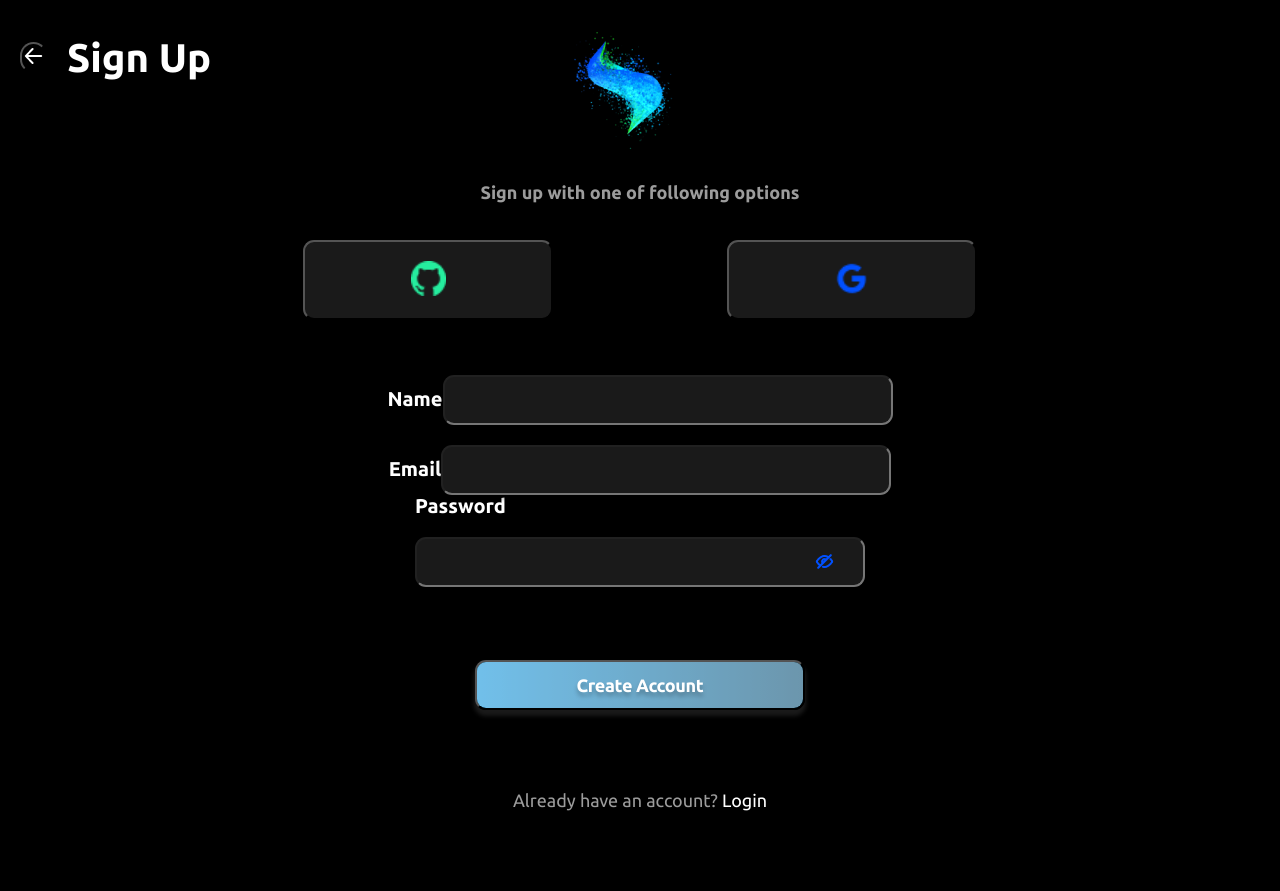
Repository: Cherced/QuanticFilms
Page: /signUp
These files come from the project's save history. The page is drawn as it stood at one moment and after the next save; the edit follows.
The browser window is 1280 px wide. The pictures show the whole page.
The project was rebuilt for these pictures with package versions that can differ from the ones it lists, and the page was loaded fresh each time. The framework's server and built-in components were replaced by stand-ins that run in the browser.

Above is the page before, as saved 2022-06-10 12:08:24.

### pages/_app.js
import '../sass/global.scss'
import {SessionProvider} from 'next-auth/react'



function MyApp({ Component, pageProps }) {
  return <SessionProvider>
            <Component {...pageProps} />
        </SessionProvider>
  }

export default MyApp

### pages/signUp.jsx
import React from 'react'
import {useRouter} from 'next/router'
import { ButtonColors } from '../components/atoms/ButtonColors'
import { HeaderFloat } from '../components/atoms/HeaderFloat'
import {ButtonsAccesBySM} from '../components/molecules/ButtonsAccesBySM'
import { SignUpForm } from '../components/molecules/SignUpForm'


const SignUp = () => {
  const router = useRouter()
  return (
    <div className="signUpContainer">
        <HeaderFloat src={"/images/arrow-left.png"} path={"login"} HeaderClass="headerText" HeaderNavClass="headerNavText" titleHeader="Sign Up"/>
        <p className="parragaphAccount">Sign up with one of following options</p>
        <ButtonsAccesBySM path={""} img1={"/images/mac.png"} img2={"/images/google.png"} alt="mediaLink" />
        <SignUpForm />
        <div className="principalButtonSignUp">
        <ButtonColors path={"/customization"} title="Create Account" />
        <p className="parragaphAccountSignUp">Already have an account? <a onClick={() => router.push("login")}>Login</a></p>
        </div>
    </div>
  )
}

export default SignUp

### sass/global.scss
@import "./vars";
@import "./components";
@import "./pages/start";
@import "./pages/login";
@import "./pages/signUp";
@import "./pages/costumization";
@import "./pages/home";
@import "./pages/account";

### components/atoms/ButtonColors.jsx
import React from 'react'
import { useRouter } from 'next/router'

export const ButtonColors = (props) => {
    const router = useRouter()
  return (
    <button onClick={() => router.push(`/${props.path}`)}>{props.title}</button>
  )
}

### components/atoms/HeaderFloat.jsx
import React from 'react'
import { useRouter } from 'next/router'

export const HeaderFloat = (props) => {
    const router = useRouter()
  return (
    <header className={props.HeaderClass}>
        <nav  className={props.HeaderNavClass}>
            <button onClick={() => router.push(`/${props.path}`)}>
                <img src={props.src} alt="BrandLogo"/>
            </button>
        </nav>
        <h1>{props.titleHeader}</h1>
        <div className="BrandIcon">
        <img src="/images/brandLogoHeader.png" alt="BrandLogo"/>
        </div>
    </header>
  )
}

### components/molecules/ButtonsAccesBySM.jsx
import React from 'react'
import { ButtonAccount } from '../atoms/ButtonAccount'

export const ButtonsAccesBySM = (props) => {
  return (
    <div className="buttonsAccesBySM">
        <ButtonAccount path={props.pathG} img={props.img1} alt={props.alt} />
        <ButtonAccount path={props.pathGO} img={props.img2} alt={props.alt} />
    </div>
  )
}

### components/molecules/SignUpForm.jsx
import React from 'react'
import { InputBasicAccont } from '../atoms/InputBasicAccont'

export const SignUpForm = () => {
  return (
    <div className="formContainer">
        <InputBasicAccont titleForm="Name" placeholder="Enter your name" password={false} />
        <InputBasicAccont titleForm="Email" placeholder="Enter your email" password={false} />
        <InputBasicAccont titleForm="Password" placeholder="Enter your password" password={true} />
    </div>
  )
}

### sass/_vars.scss
@import url('https://fonts.googleapis.com/css2?family=Ubuntu:ital,wght@0,300;0,400;0,500;0,700;1,300;1,400;1,500;1,700&display=swap');

$FontTitle: 'Ubuntu', sans-serif;

*{
    margin: 0;
    padding: 0;
    box-sizing: border-box;
}

body{
    background: black;
}
// forms Position
.formContainer{
    margin-top: 25px;
    width: 100%;
    display: flex;
    flex-direction: column;
    align-items: center;

}

//pruebas::after

.pruebas{
    min-width: 100vw;
    min-height: 100vh;
    box-sizing: border-box;
    margin: auto;
    padding: 0px;
    display: flex;
    justify-content: center;
    align-items: center;
    flex-direction: column;
}

### sass/_components.scss
@import "./mixxins";
@import "./components/headerFloat";
@import "./components/buttonsAccesBySM";
@import "./components/inputBasicAccount";
@import "./components/welcomeAnimation";
@import "./components/FilterSearch";
@import "./components/buttonAddCategory";
@import "./components/sliderInfinite";
@import "./components/sliderSmallCase";
@import "./components/filterByOptions";
@import "./components/progressBar";
@import "./components/userInfo";
@import "./components/logOut";
@import "./components/footer";

### sass/_mixxins.scss
@mixin ButtonColors {
    button {
        width: 330px;
        height: 50px;
        background: linear-gradient(270deg, #000000, #15adff, #25ed9e, #313a35, #000000);
        background-size: 1000% 1000%;
        -webkit-animation: AnimationName 10s ease infinite;
        -moz-animation: AnimationName 10s ease infinite;
        animation: AnimationName 10s ease infinite;
        box-shadow: 0px 5px 4px 1px #1A1A1A, inset 0px 4px 4px 629px rgba(255, 255, 255, 0.4);
        border-radius: 11px;
        color: whitesmoke;
        font-family: $FontTitle;
        font-style: normal;
        font-weight: 700;
        font-size: 18px;
        line-height: 21px;
        letter-spacing: -0.02em;
        color: #FFFFFF;
        text-shadow: 0px 4px 4px rgba(0, 0, 0, 0.25);
    }

    @media screen and (max-width: 320px) {
        button {
            width: 280px;
        }
    }

    @media screen and (max-width: 320px) and (max-height: 372px) {
        button {
            width: 280px;
        }
    }

    @-webkit-keyframes AnimationName {
        0% {
            background-position: 0% 50%
        }

        50% {
            background-position: 100% 50%
        }

        100% {
            background-position: 0% 50%
        }
    }

    @-moz-keyframes AnimationName {
        0% {
            background-position: 0% 50%
        }

        50% {
            background-position: 100% 50%
        }

        100% {
            background-position: 0% 50%
        }
    }

    @keyframes AnimationName {
        0% {
            background-position: 0% 50%
        }

        50% {
            background-position: 100% 50%
        }

        100% {
            background-position: 0% 50%
        }
    }
}

### sass/components/_headerFloat.scss
.headerText {
    display: flex;
    align-items: center;
    height: 95px;
    padding: 20px 0 0 0;

    .headerNavText {
        margin: 0 20px;

        button {
            background-color: transparent;
            border-radius: 50px;
        }
    }

    h1 {
        font-family: 'Ubuntu';
        font-style: normal;
        font-weight: 700;
        font-size: 24px;
        line-height: 28px;
        /* identical to box height */


        color: #FFFFFF;

    }

    .BrandIcon {
        position: absolute;
        top: 10px;
        left: 226px;
        z-index: 1;
    }
}

.headerJustBack {
    display: flex;
    align-items: center;
    height: 55px;
    padding: 20px 0 0 0;

    .headerNavText {
        margin: 0 20px;

        button {
            background-color: transparent;
            border-radius: 50px;
        }
    }

    .BrandIcon {
        display: none;
    }
}

@media screen and (min-width: 375px) {
    .headerText {
        .BrandIcon {
            left: 210px;
        }
    }
}

### sass/components/_buttonsAccesBySM.scss
.buttonsAccesBySM {
    width: 100%;
    margin-top: 40px;
    display: flex;
    justify-content: space-evenly;

    button {
        width: 160px;
        height: 60px;
        background: rgba(255, 255, 255, 0.1);
        box-shadow: 0px 4px 4px rgba(0, 0, 0, 0.25);
        backdrop-filter: blur(4px);
        border-radius: 11px;
    }
}

@media screen and (max-width: 320px) {
    .buttonsAccesBySM {
        margin-top: 30px;
        justify-content: space-evenly;
        button {
            width: 140px;
        }
    }
}


@media screen and (min-width: 414px) {
    .buttonsAccesBySM {
        margin-top: 50px;
        justify-content: space-evenly;
        button {
            width: 180px;
            height: 70px;
            img{
                width: 30px;
            }
        }
    }
}


@media screen and (min-width: 768px) {
    .buttonsAccesBySM {
        margin-top: 80px;
        justify-content: space-evenly;
        button {
            width: 340px;
            height: 90px;
            img{
                width: 35px;
            }
        }
    }
}


@media screen and (min-width: 1024px) {
    .buttonsAccesBySM {
        margin-top: 40px;
        justify-content: space-evenly;
        width: 600px;
        button {
            width: 250px;
            height: 80px;
            img{
                width: 35px;
            }
        }
    }
}

### sass/components/_inputBasicAccount.scss
.inputBasicAccont {
    label {
        font-family: 'Ubuntu';
        font-style: normal;
        font-weight: 700;
        font-size: 18px;
        line-height: 21px;
        color: #FFFFFF;
        margin-top: 10px;
    }

    input {
        width: 330px;
        height: 40px;
        font-family: 'Ubuntu';
        font-style: normal;
        font-weight: 400;
        font-size: 14px;
        line-height: 16px;
        color: #FFFFFF;
        background: rgba(255, 255, 255, 0.1);
        box-shadow: 0px 4px 4px rgba(0, 0, 0, 0.25);
        backdrop-filter: blur(4px);
        border-radius: 11px;
        margin-top: 20px;
        padding-left: 15px;
    }

    .passwordInput {
        width: 330px;

        img {
            position: relative;
            right: -290px;
            top: -30px
        }

        input {
            width: 330px;
            height: 40px;
            font-family: 'Ubuntu';
            font-style: normal;
            font-weight: 400;
            font-size: 14px;
            line-height: 16px;
            color: #FFFFFF;
            background: rgba(255, 255, 255, 0.1);
            box-shadow: 0px 4px 4px rgba(0, 0, 0, 0.25);
            backdrop-filter: blur(4px);
            border-radius: 11px;
            margin-top: 20px;
            padding-left: 15px;
        }
    }
}

@media screen and (max-width: 320px) {
    .inputBasicAccont {
        input {
            width: 280px;
        }

        .passwordInput {
            width: 280px;

            img {
                position: relative;
                right: -245px;
                top: -30px
            }

            input {
                width: 280px;
            }
        }
    }

}


@media screen and (min-width: 414px) {
    .inputBasicAccont {
        input {
            width: 350px;
        }

        .passwordInput {
            width: 350px;

            img {
                position: relative;
                right: -310px;
                top: -30px
            }

            input {
                width: 350px;
            }
        }
    }

}


@media screen and (min-width: 768px) {
    .inputBasicAccont {
        label {
            margin-top: 20px;
            font-size: 20px;
        }

        input {
            width: 450px;
            height: 50px;
            font-size: 16px;
        }

        .passwordInput {
            width: 450px;

            img {
                position: relative;
                right: -400px;
                top: -35px
            }

            input {
                width: 450px;
                height: 50px;
                font-size: 16px;
            }
        }
    }
}

### sass/components/_FilterSearch.scss
.FilterSearch {
    width: 280px;
    height: 45px;
    box-shadow: 0px 4px 4px rgba(0, 0, 0, 0.25), 0px 4px 4px rgba(255, 255, 255, 0.25);
    border-radius: 18px;
    animation: shadownText 3s ease-in-out infinite;
    input {
        padding-left: 50px;
        width: 100%;
        height: 45px;
        background: #1A1A1A;
        box-shadow: 0px 4px 4px rgba(0, 0, 0, 0.25);
        backdrop-filter: blur(4px);
        border-radius: 22px;
        color: #FFFFFF;
    }

    button {
        width: 35px;
        height: 35px;
        position: relative;
        top: -40px;
        left: 10px;
        border-radius: 46px;

        img {
            background: #1A1A1A;
            width: 100%;
            height: 100%;
            border-radius: 20px;
        }

    }
}
@media screen and (min-width: 375px) {
    .FilterSearch{
        width: 300px;
    }

}


@media screen and (min-width: 768px) {
    .FilterSearch{
        width: 450px;
    }
}

### sass/components/_buttonAddCategory.scss
.PopularCategoriesContainer {
    width: 95%;
    height: auto;
    display: flex;
    flex-direction: row;
    flex-wrap: wrap;
    justify-content: space-evenly;

    .ButtonAddCategorie {
        display: flex;
        justify-content: space-evenly;
        align-items: center;
        width: auto;
        height: auto;
        background: #1A1A1A;
        box-shadow: 0px 4px 4px rgb(0 0 0 / 25%);
        border-radius: 30px;
        font-family: "Ubuntu", sans-serif;
        font-style: normal;
        font-weight: 500;
        font-size: 17px;
        line-height: 18px;
        text-align: center;
        letter-spacing: -0.165px;
        color: #FFFFFF;
        margin: 15px 0;
        padding: 5px;
        box-shadow: 0px 4px 4px rgba(0, 0, 0, 0.25), 0px 4px 4px rgba(255, 255, 255, 0.35);
        border-radius: 18px;
        animation: shadownText 10s ease-in-out infinite;
        img {
            padding-left: 20px;
        }

    }
}
@media screen and (min-width: 375px){
    .PopularCategoriesContainer{
        margin-top: 30px;
    }
}

@media screen and (min-width: 414px){
    .PopularCategoriesContainer{
        margin-top: 50px;
    }
}

### sass/components/_sliderInfinite.scss
.sliderInfiniteMoviesContainer {
    margin: 50px 0;
    width: 100%;
    max-width: 400px;
    overflow: hidden;

    .sliderContent {
        display: flex;
        width: 2000%;
        height: 400px;
        margin-left: -100%;
        .sliderContentItem__image {
            width: 100%;
            background: transparent;
            border: none;
            .sliderImg {
                display: block;
                width: 100%;
                height: 100%;
                object-fit: contain;
                border-radius: 200px;
            }
        }
    }

    .slider--BTN {
        position: relative;
        width: 40px;
        height: 40px;
        background: rgba(255, 255, 255, 0.7);
        top: 20px;
        transform: translateY(-50%);
        border-radius: 50%;
        cursor: pointer;
        z-index: 1;
        font-size: 30px;
        font-weight: bold;
        font-family: 'Ubuntu';
    }

    .slider--BTN:hover {
        background: rgba(255, 255, 255, 0.9);
    }

    .btn--lf {
        left: 50px;
    }

    .btn--rg {
        left: 250px;
    }
}

### sass/components/_filterByOptions.scss
.filterByOptionsContainer {
    width: 90%;
    display: flex;
    margin: 30px 0;


    .switchByOptions {
        background: transparent;
        border-radius: 50px;
        width: 32px;
        height: 32px;
        margin-left: 47%;
        transition: all 1.3s ease;
    }

    .filterSelectsThree {
        width: 0;
        display: flex;
        flex-direction: row;
        opacity: 0;
        justify-content: space-between;
        transition: 1s ease;
        .optionFilter {
            width: auto;
            height: 30px;
            padding: 0 8px;

            select {
                padding: 5px;
                border-radius: 30px;
                border: 1px solid transparent;
                width: 100%;
                height: 100%;
                color: #FFFFFF;
                background: #1A1A1A;
                box-shadow: 0px 4px 4px rgba(0, 0, 0, 0.25);
                animation: shadownText 5s ease-in-out infinite;
                background: #1A1A1A;
                box-shadow: 0px 4px 4px rgba(0, 0, 0, 0.25), inset 0px 4px 4px rgba(0, 0, 0, 0.25);
            }
        }

    }
}

### sass/components/_progressBar.scss

.container-bar {
	flex-direction: column;
	display: flex;
	align-items: center;
	justify-content: center;

}

.progress {
	background-color: rgba(37, 40, 54, 0.8);
	border-radius: 20px;
	position: relative;
	height: 43px;
	width: 308px;
    padding: 6px 8px 0 8px;
}

.progress-bar {
	background:#E7E1E1;
	border-radius: 20px;
	height: 30px;
	width: 0;
	transition: 1s ease 0.3s;
}

### sass/components/_userInfo.scss
.accountContent {
    padding: 0;
    margin: 0;
    width: 100%;
    height: 100%;
    margin-top: 20px;

    .userAvatar {
        display: flex;
        flex-direction: column;
        align-items: center;
        justify-content: center;

        img {
            width: 250px;
            height: 250px;
            border-radius: 50%;
            margin-bottom: 20px;
            object-fit: cover;
            box-shadow: 0px 5px 4px 1px #1A1A1A, inset 0px 4px 4px 629px rgba(255, 255, 255, 0.4);
        }

        h1 {
            color: #FFFFFF;
            font-family: 'Ubuntu';
            animation: shadownText 3s ease-in-out infinite;
        }

    }
}

### sass/components/_logOut.scss
.logOut{
    display: flex;
    flex-direction: row;
    align-items: center;
    justify-content: center;
    width: 300px;
    height: 100px;
    h1{
        margin-bottom: 30px;
        color: #FFFFFF;
        font-family: 'Ubuntu';
        animation: shadownText 3s ease-in-out infinite;
    }
    img{
        padding: 10px;
    }
}

### sass/components/_footer.scss
.footerContainer{
    margin-top: 35px;
    width: 100%;
    height: 70px;
    border-radius: 50px 50px 0 0;
    background-color: #1A1A1A;
    display: flex;
    justify-content: space-evenly;
    align-items: center;
    button{
        width: 40px;
        height: 40px;
        background-color: #1A1A1A;
        border-radius: 50%;
    }
}

### sass/pages/_home.scss
.homeContainer {
    display: flex;
    flex-direction: column;
    align-items: center;
    justify-content: space-evenly;
    min-height: 100vh;
    width: 100%;

    .headerHome{
        width: 100%;
        height: 120px;
        display: flex;
        align-items: center;
        justify-content: center;
        background-color: #1A1A1A;
        border-radius: 0 0 50px 50px;
        margin-bottom: 50px;
        animation: shadownText 3s ease-in-out infinite;
        .BRANDLOGO {
            z-index: 2;
            width: 120px;
            height: 120px;
        }

    }

}

### sass/pages/_account.scss
.accountContainer {
    min-height: 100vh;
    width: 100%;
    display: flex;
    flex-direction: column;
    align-items: center;
    justify-content: flex-start;

    .userOptions {
        display: flex;
        flex-direction: column;
        align-items: center;
        justify-content: center;
        @include ButtonColors;
        margin-top: 20px;

        :nth-child(2) {
            margin-top: 20px;
        }

        .container-bar {
            font-family: 'Ubuntu';
            font-style: normal;
            font-weight: 300;
            font-size: 15px;
            line-height: 18px;
            color: #FFFFFF;
            margin-top: 20px;

            p {
                margin-bottom: 5px;
            }

        }

        animation: shadownText 3s ease-in-out infinite;
    }

}

### components/atoms/ButtonAccount.jsx
import React from 'react'
import { useRouter } from 'next/router'

export const ButtonAccount = (props) => {
    const router = useRouter()
  return (
    <button onClick={props.path} > <img src={props.img} alt={props.alt} /></button>
  )
}

### components/atoms/InputBasicAccont.jsx
import React from 'react'

export const InputBasicAccont = (props) => {
  return (
    <div className="inputBasicAccont">
        <label>{props.titleForm}</label>
        {

        props.password ?
        (
        <div className="passwordInput">
        <input type={props.type} name={props.name} autoComplete={props.autoComplete} />
        <img src="/images/checkedPassword.png" alt="icon-check"/>
        </div>
        ) :
        (
        <input type={props.type} name={props.name} autoComplete={props.autoComplete}  />
        )
        }
    </div>
  )
}

Loaded but not shown: sass/components/_welcomeAnimation.scss (782 lines, source omitted); sass/pages/_signUp.scss (511 lines, source omitted); sass/pages/_login.scss (293 lines, source omitted); sass/pages/_start.scss (196 lines, source omitted); sass/components/_sliderSmallCase.scss (158 lines, source omitted); sass/pages/_costumization.scss (147 lines, source omitted)

After the next save:
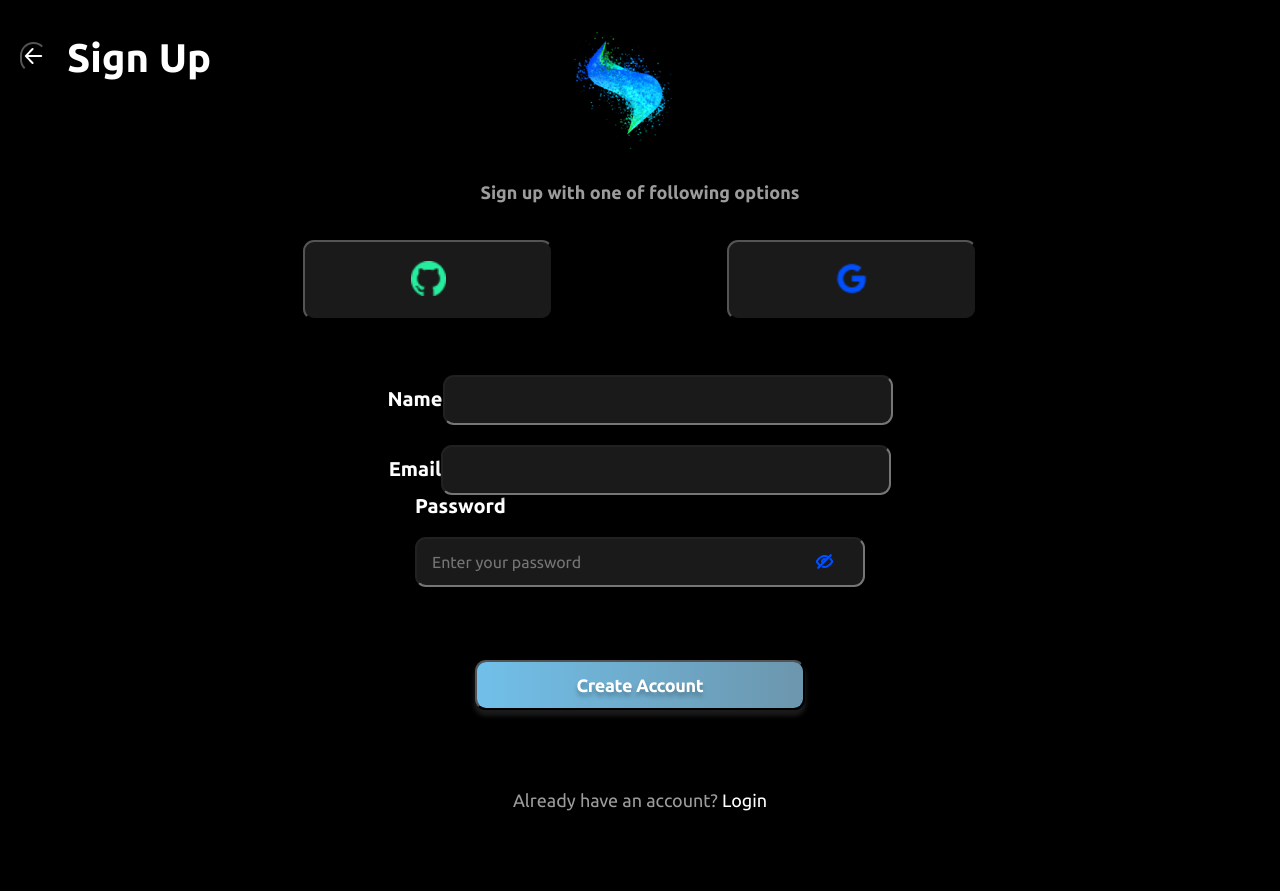
Saved 29 s later.
--- a/components/atoms/InputBasicAccont.jsx
+++ b/components/atoms/InputBasicAccont.jsx
@@ -9,7 +9,7 @@ export const InputBasicAccont = (props) => {
         props.password ?
         (
         <div className="passwordInput">
-        <input type={props.type} name={props.name} autoComplete={props.autoComplete} />
+        <input type={props.type} name={props.name} placeholder={props.placeholder} autoComplete={props.autoComplete} />
         <img src="/images/checkedPassword.png" alt="icon-check"/>
         </div>
         ) :
